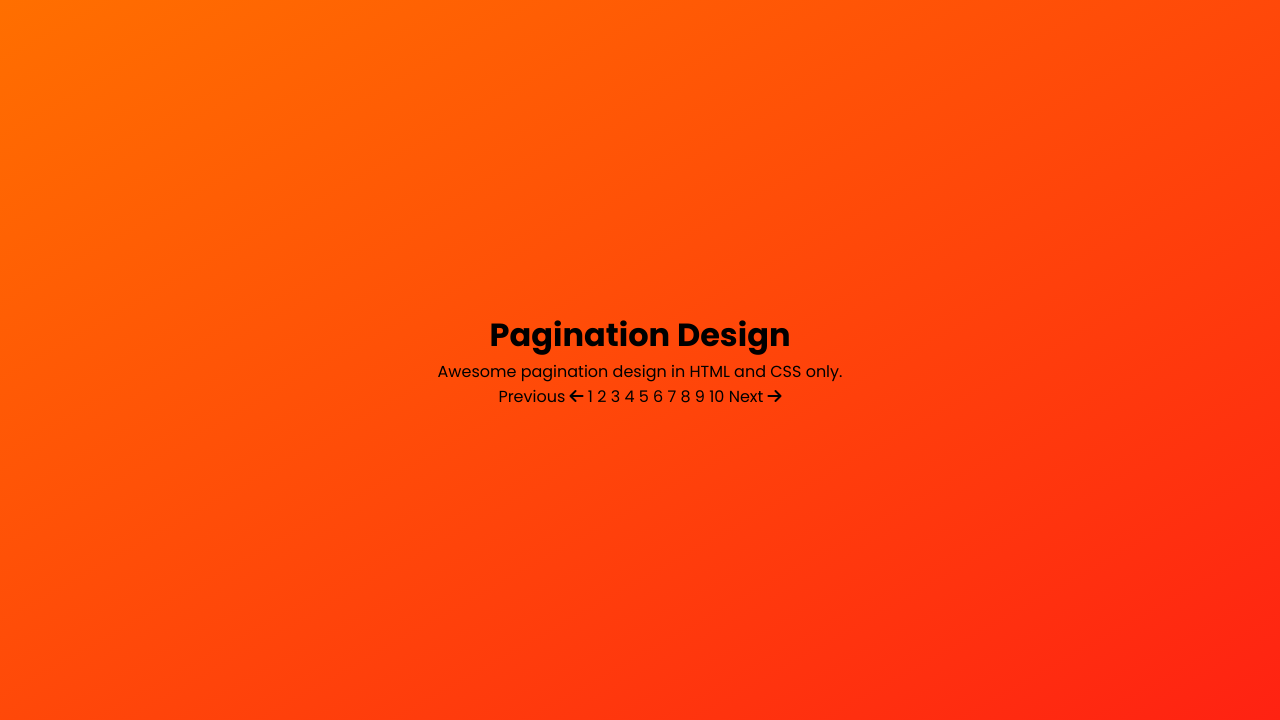
Repository: Ankitkr2021/Awesome-Pagination
Page: index.html
An editor plug-in stored every save of this project. The page is shown before and after the next save, followed by the edit.
The browser window is 1280 px wide. The pictures show the whole page.

Above is the page before, as saved 2025-10-02 08:56:20.

### index.html
<!DOCTYPE html>
<html lang="en">
<head>
    <meta charset="UTF-8">
    <meta name="viewport" content="width=device-width, initial-scale=1.0">
    <title>Document</title>
    <link rel="stylesheet" href="https://cdnjs.cloudflare.com/ajax/libs/font-awesome/6.5.0/css/all.min.css">
    <link rel="stylesheet" href="./style.css">
</head>
<body>
    <div class="page">
        <h1>Pagination Design</h1>
        <p>Awesome pagination design in HTML and CSS only.</p>
        <div class="box">
            Previous <i class="fas fa-arrow-left"></i>
            1
            2
            3
            4
            5
            6
            7
            8
            9
            10
            Next <i class="fas fa-arrow-right"></i>
        </div>
    </div>
</body>
</html>

### style.css
@import url("https://fonts.googleapis.com/css2?family=Poppins:wght@300;400;500;600;700&display=swap");

*{
    margin: 0;
    padding: 0;
    box-sizing: border-box;
    font-family: "Poppins",sans-serif;
}

body{
    display: flex;
   justify-content: center;
   align-items: center;
    height: 100vh;
    width: 100%;
    background: linear-gradient(to bottom right, rgb(255, 111, 0), rgb(255, 34, 18));
}

.page{
   display: flex;
   justify-content: center;
   align-items: center;
   flex-direction: column;
}

After the next save:
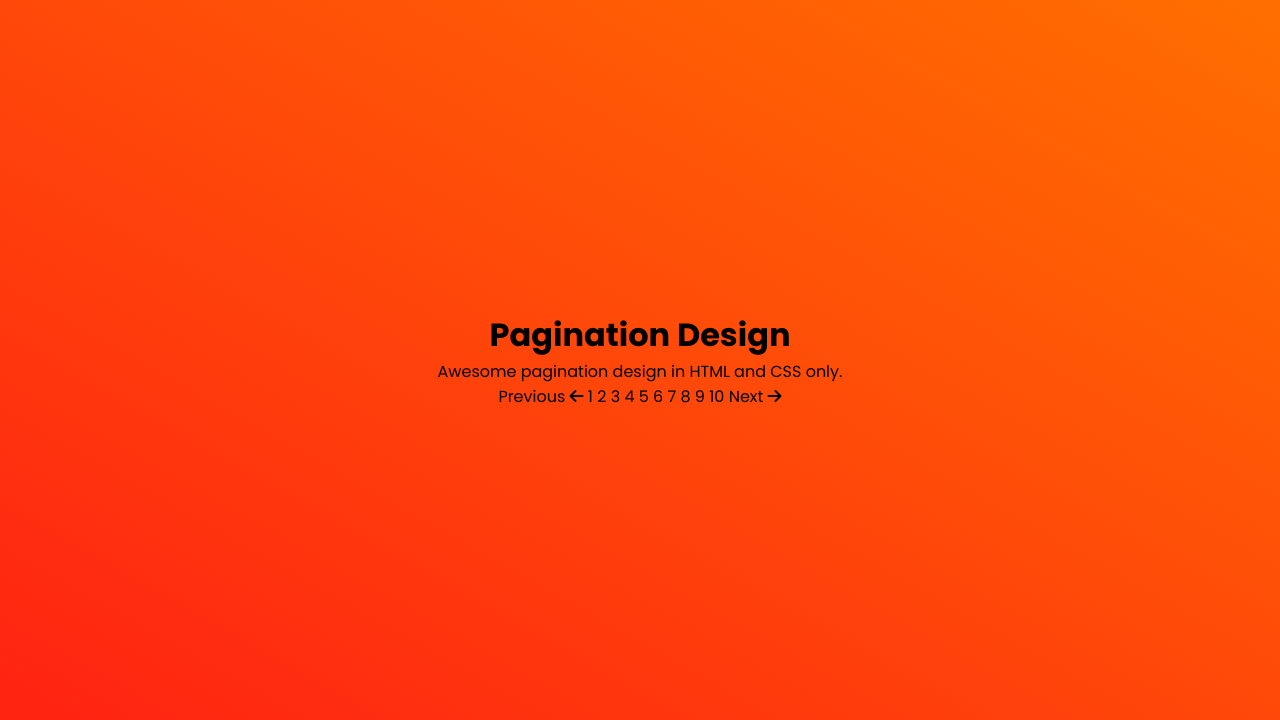
Saved 5 s later.
--- a/style.css
+++ b/style.css
@@ -13,7 +13,7 @@ body{
    align-items: center;
     height: 100vh;
     width: 100%;
-    background: linear-gradient(to bottom right, rgb(255, 111, 0), rgb(255, 34, 18));
+    background: linear-gradient(to bottom left, rgb(255, 111, 0), rgb(255, 34, 18));
 }
 
 .page{
